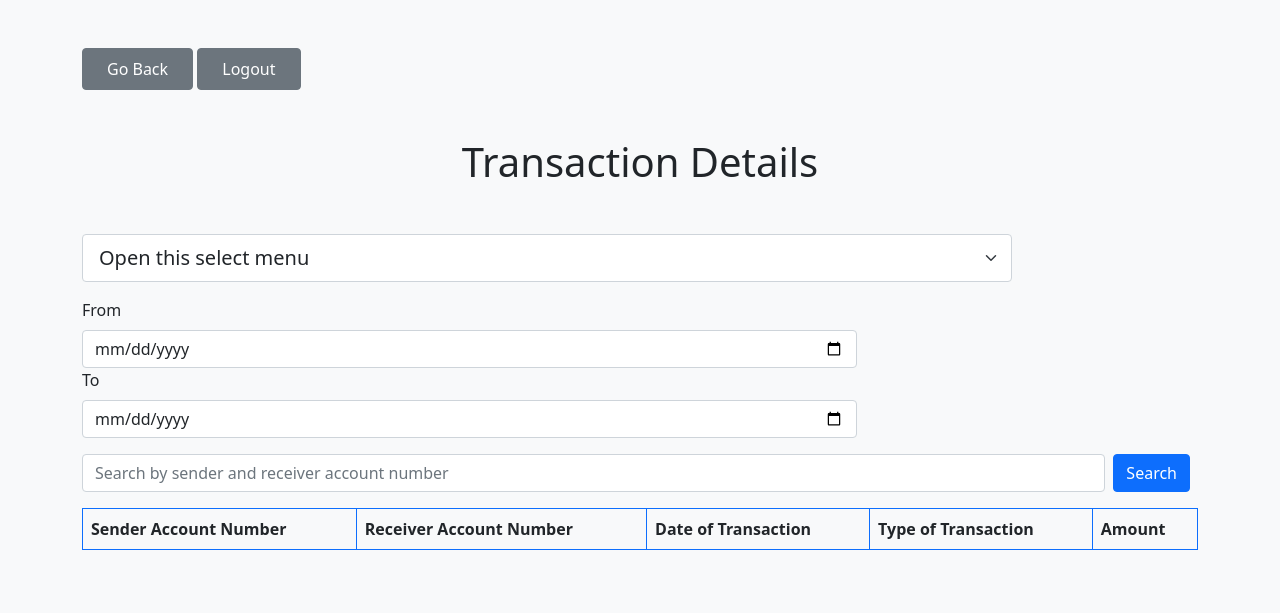
Repository: valletivarish/monojsp
Page: http://localhost/11-bank-application/view-transactions.jsp
The author's editor kept a copy of each file at every save. The page is drawn from the files as they stood at one save, then again after the next save.
The browser window is 1280 px wide. The pictures show the whole page.
The page is served by Tomcat 9. Other server files are loaded and not shown. The template is opened directly, without the code that normally fills it, so the values that code supplies are empty.

Above is the page before, as saved 2024-07-22 09:27:35.

### 11-bank-application/WebContent/view-transactions.jsp
<%@ page language="java" contentType="text/html; charset=UTF-8"
	pageEncoding="UTF-8"%>
<%@ taglib uri="http://java.sun.com/jsp/jstl/core" prefix="c"%>

<!DOCTYPE html>
<html lang="en">
<head>
<meta charset="UTF-8" />
<meta name="viewport" content="width=device-width, initial-scale=1.0" />
<title>View Transactions</title>
<link
	href="https://cdnjs.cloudflare.com/ajax/libs/font-awesome/6.6.0/css/all.min.css" />
<link
	href="https://cdn.jsdelivr.net/npm/bootstrap@5.0.2/dist/css/bootstrap.min.css"
	rel="stylesheet"
	integrity="sha384-EVSTQN3/azprG1Anm3QDgpJLIm9Nao0Yz1ztcQTwFspd3yD65VohhpuuCOmLASjC"
	crossorigin="anonymous" />
<script
	src="https://cdn.jsdelivr.net/npm/bootstrap@5.0.2/dist/js/bootstrap.bundle.min.js"
	integrity="sha384-MrcW6ZMFYlzcLA8Nl+NtUVF0sA7MsXsP1UyJoMp4YLEuNSfAP+JcXn/tWtIaxVXM"
	crossorigin="anonymous"></script>
</head>
<body class="bg-light">
	<div class="container-lg my-5">
		<a class="btn btn-secondary p-2 px-4" href="admin?command=admin">Go
			Back</a> <a class="btn btn-secondary p-2 px-4" aria-current="page"
			href="logout">Logout</a>
		<h1 class="text-center my-5">Transaction Details</h1>
		<form action="admin" method="get">
			<div class="col-sm-10">
				<input type="hidden" name="command" value="viewTransactions" /> <select
					class="form-select form-select-lg mb-3"
					aria-label=".form-select-lg example" name="select">
					<option selected>Open this select menu</option>
					<option value="senderAccountNumber">Sender Account Number</option>
					<option value="receiverAccountNumber">Receiver Account
						Number</option>
				</select>
				<div class="col-sm-10">
					<label class="form-label" for="from">From</label> <input
						type="date" class="form-control" name="from" id="from"> <label
						class="form-label" for="to">To</label> <input type="date"
						class="form-control" name="to" id="to">
				</div>

			</div>
			<div class="d-flex my-3">
				<input type="text" class="form-control" name="searchValue"
					placeholder="Search by sender and receiver account number" />
				<input type="submit" class="btn btn-primary mx-2" value="Search" />
				<i class="fa-solid fa-filter"></i>
			</div>
		</form>

		<table class="table table-hover table-bordered border-primary">
			<thead>
				<tr>
					<th>Sender Account Number</th>
					<th>Receiver Account Number</th>
					<th>Date of Transaction</th>
					<th>Type of Transaction</th>
					<th>Amount</th>
				</tr>
			</thead>
			<tbody>
				<c:forEach var="transaction" items="${TheTransactions}">
					<tr>
						<td>${transaction.sender_account_number}</td>
						<td>${transaction.receiver_account_number}</td>
						<td>${transaction.date_of_transaction}</td>
						<td>${transaction.transaction_type}</td>
						<td>${transaction.transaction_amount}</td>
					</tr>
				</c:forEach>
			</tbody>
		</table>
	</div>
</body>
</html>

After the next save:
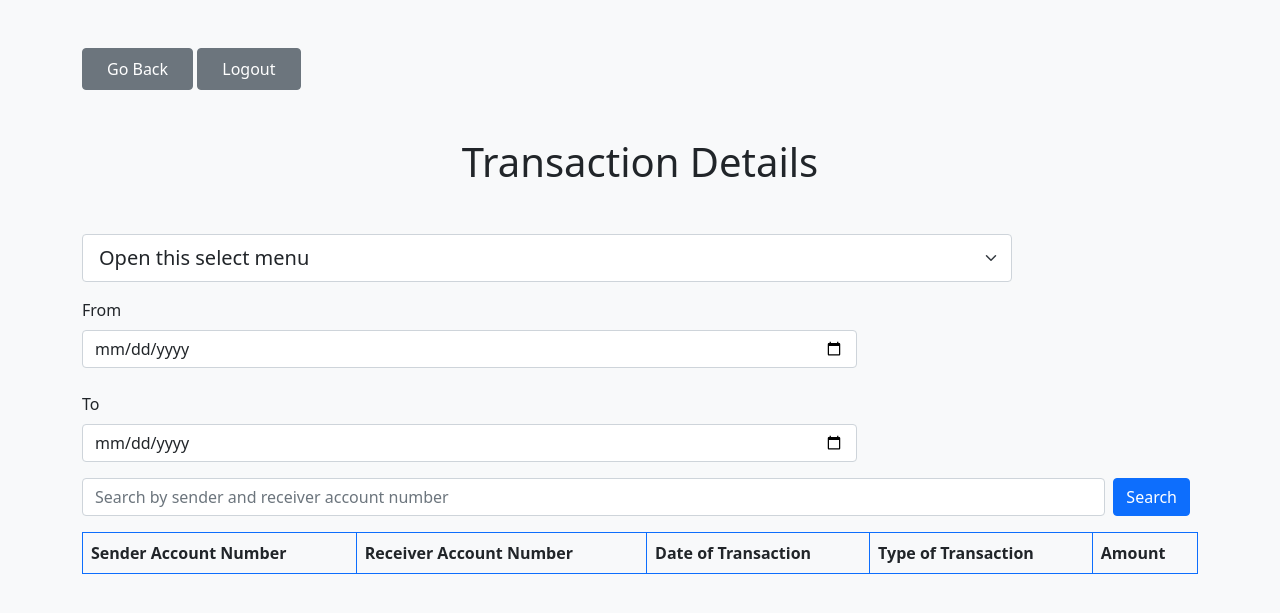
Saved 31 s later.
--- a/11-bank-application/WebContent/view-transactions.jsp
+++ b/11-bank-application/WebContent/view-transactions.jsp
@@ -38,7 +38,9 @@
 				</select>
 				<div class="col-sm-10">
 					<label class="form-label" for="from">From</label> <input
-						type="date" class="form-control" name="from" id="from"> <label
+						type="date" class="form-control" name="from" id="from">
+						<br>
+						<label
 						class="form-label" for="to">To</label> <input type="date"
 						class="form-control" name="to" id="to">
 				</div>
